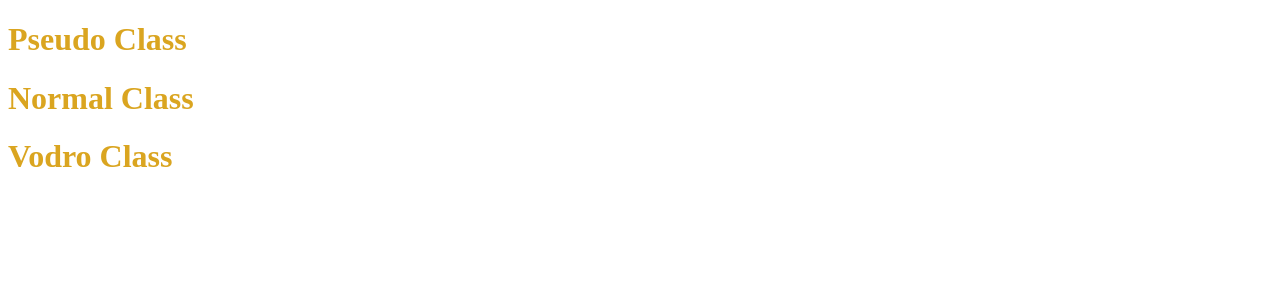
Repository: mohsinfarabi/first-website
Page: pseudo_class.html
An editor plug-in stored every save of this project. The page is shown before and after the next save, followed by the edit.
The browser window is 1280 px wide. The pictures show the whole page.

Above is the page before, as saved 2020-06-29 21:47:58.

After the next save:
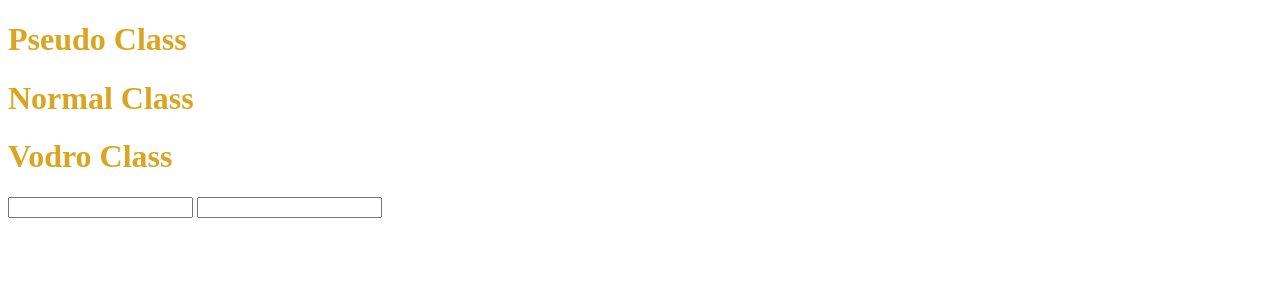
Saved 5 min 12 s later.
--- a/pseudo_class.html
+++ b/pseudo_class.html
@@ -22,6 +22,8 @@
     <h1>Pseudo Class</h1>
     <h1>Normal Class</h1>
     <h1 class="special-effect">Vodro Class</h1>
+    <input name="email" type="text">
+    <input name="password" type="text">
 </body>
 
 </html>
